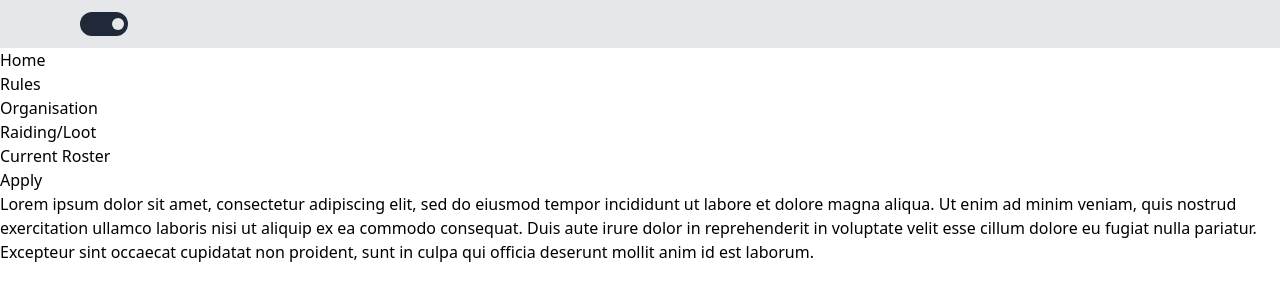
Repository: eaang/catguild_frontend
Page: /
These files come from the project's save history. The page is drawn as it stood at one moment and after the next save; the edit follows.
The browser window is 1280 px wide. The pictures show the whole page.
The project was rebuilt for these pictures with package versions that can differ from the ones it lists, and the page was loaded fresh each time. The framework's server and built-in components were replaced by stand-ins that run in the browser. Also part of the build but not shown: nuxt.config.js, components/ContentBox.vue, components/ContentEditor.vue, components/ImageBox.vue, components/SidebarMain.vue, components/SidebarSub.vue, components/TheFoooter.vue, components/icons/ChevronDown.vue and 19 more. Imported but missing from the stored project, and not drawn on this page: apollo/queries/categories/category.

Above is the page before, as saved 2021-04-02 17:48:22.

After the next save:
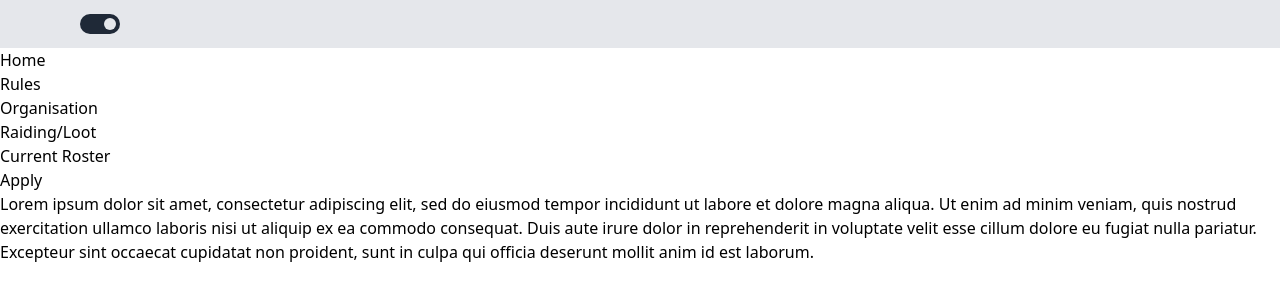
Saved 11 s later.
--- a/components/ToggleButton.vue
+++ b/components/ToggleButton.vue
@@ -1,7 +1,7 @@
 <template>
   <div @click="currentStatus = !currentStatus">
     <div
-      class="bg-gray-800 w-12 h-6 px-1 rounded-full grid justify-items-auto items-center"
+      class="bg-gray-800 w-10 h-5 px-1 rounded-full grid justify-items-auto items-center"
     >
       <div
         v-if="currentStatus"
